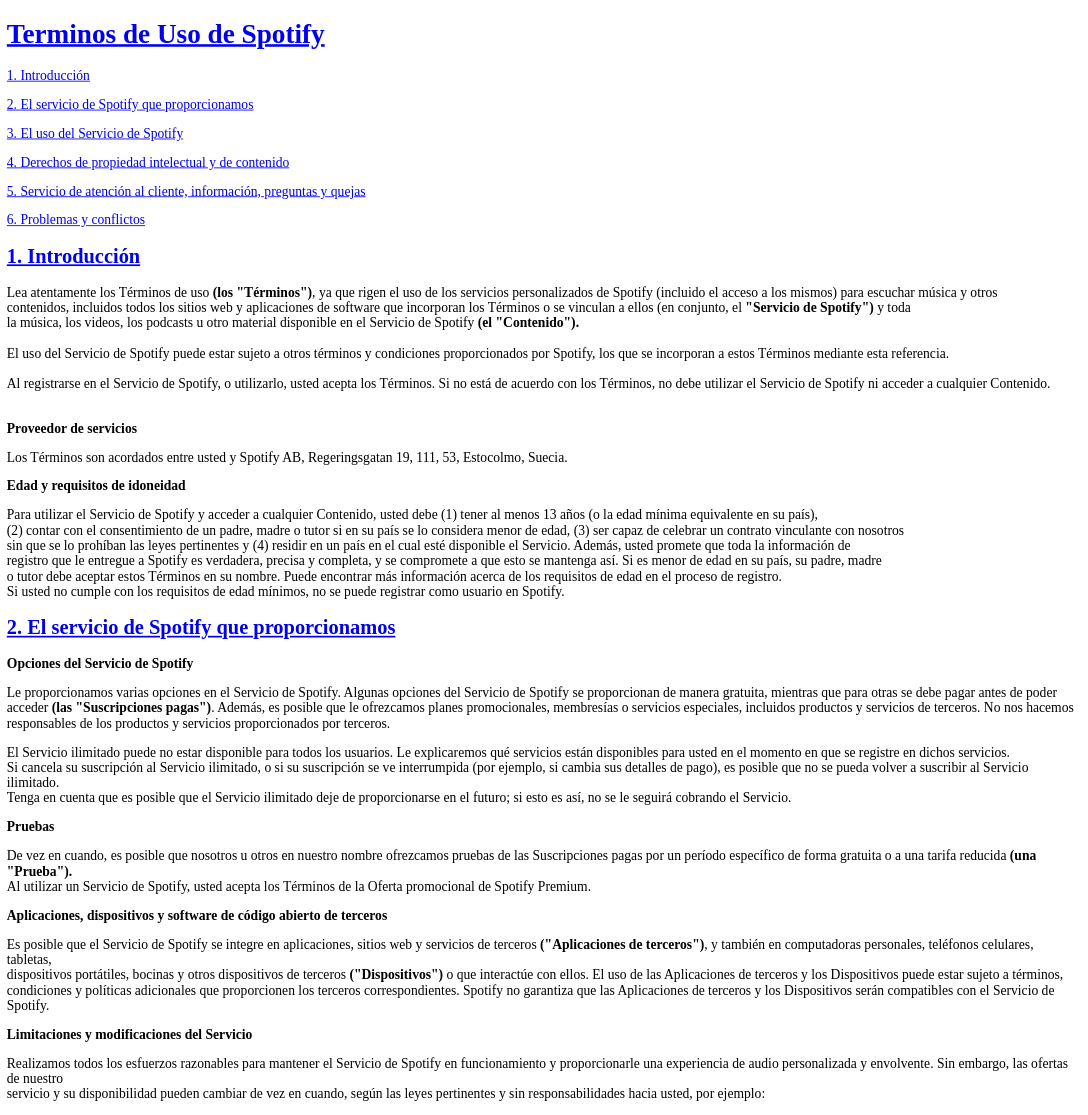
Repository: Devbenitez/Gen_30
Page: Gen_30/maquetado/Clase 2/index.html
These files come from the project's save history. The page is drawn as it stood at one moment and after the next save; the edit follows.
The browser window is 1280 px wide. The pictures show the whole page, at 85% of full size.

Above is the page before, as saved 2023-11-01 02:30:46.

### Gen_30/maquetado/Clase 2/index.html
<!DOCTYPE html>
<!-- especificamos el lenguage con el que trabaja nuestra pagina -->
<html lang="es">
  <head>
    <meta charset="UTF-8" />
    <meta name="description" content="Primera pagina del modulo de Maquetado" />
    <meta name="author" content="Daniel Benitez" />
    <title>Maquetado - clase 1</title>
  </head>
  <body>
    <!-- etiquetas contededores -->
    <!-- <div>asdasdasd</div>
    <section>dasdasdasd</section>
    <article>asdasd</article>
    <main>
-->
    <main>
      <!--  etiquetas de texto -->
      <h1>
        <a id= "Terminos de Uso de Spotify" href="#Terminos de Uso de Spotify"> Terminos de Uso de Spotify</a>
    </h1>

      <p>
        <a href="#1. Introducción">1. Introducción</a>
        </p>
      <p>
        <a href="#2. El servicio de Spotify que proporcionamos">2. El servicio de Spotify que proporcionamos</a>
        </p>
      <p>
        <a href="#3. El uso del Servicio de Spotify">3. El uso del Servicio de Spotify</a>
        </p>
      <p>
        <a href="#4. Derechos de propiedad intelectual y de contenido">4. Derechos de propiedad intelectual y de contenido</a>
        </p>
      <p>
        <a href="#5. Servicio de atención al cliente, información, preguntas y quejas">5. Servicio de atención al cliente, información, preguntas y quejas</a>
        </p>
      <p>
        <a href="#6. Problemas y conflictos">6. Problemas y conflictos</a>
        </p>

        <h2>
            <a id= "1. Introducción" href="#1. Introducción">1. Introducción</a>
        </h2>

        <!-- parrafos -->
      <p>
        Lea atentamente los Términos de uso <b>(los "Términos")</b>, ya que rigen el uso de los servicios personalizados de Spotify (incluido el acceso a los mismos) para escuchar música y otros <br />
         contenidos, incluidos todos los sitios web y aplicaciones de software que incorporan los Términos o se vinculan a ellos (en conjunto, el <b>"Servicio de Spotify")</b> y toda <br />
          la música, los videos, los podcasts u otro material disponible en el Servicio de Spotify <b>(el "Contenido").</b><br /><br />
          El uso del Servicio de Spotify puede estar sujeto a otros términos y condiciones proporcionados por Spotify, los que se incorporan a estos Términos mediante esta referencia.
          <br /><br />
          Al registrarse en el Servicio de Spotify, o utilizarlo, usted acepta los Términos. Si no está de acuerdo con los Términos, no debe utilizar el Servicio de Spotify ni acceder a cualquier Contenido.
          <br /><br />
      </p>
      <p><b>Proveedor de servicios</b></p>
      <p>Los Términos son acordados entre usted y Spotify AB, Regeringsgatan 19, 111, 53, Estocolmo, Suecia.</p>
      <p><b>Edad y requisitos de idoneidad</b></p>
      <p>
        Para utilizar el Servicio de Spotify y acceder a cualquier Contenido, usted debe (1) tener al menos 13 años (o la edad mínima equivalente en su país),<br />
        (2) contar con el consentimiento de un padre, madre o tutor si en su país se lo considera menor de edad, (3) ser capaz de celebrar un contrato vinculante con nosotros<br />
        sin que se lo prohíban las leyes pertinentes y (4) residir en un país en el cual esté disponible el Servicio. Además, usted promete que toda la información de<br />
        registro que le entregue a Spotify es verdadera, precisa y completa, y se compromete a que esto se mantenga así. Si es menor de edad en su país, su padre, madre<br />
        o tutor debe aceptar estos Términos en su nombre. Puede encontrar más información acerca de los requisitos de edad en el proceso de registro.<br />
        Si usted no cumple con los requisitos de edad mínimos, no se puede registrar como usuario en Spotify.
      </p>
      <h2>
        <a id= "2. El servicio de Spotify que proporcionamos" href="#2. El servicio de Spotify que proporcionamos">2. El servicio de Spotify que proporcionamos</a>
    </h2>
    <p><b>Opciones del Servicio de Spotify</b></p>
    <p>Le proporcionamos varias opciones en el Servicio de Spotify. Algunas opciones del Servicio de Spotify se proporcionan de manera gratuita, mientras que para otras se debe pagar antes de poder<br />
        acceder <b>(las "Suscripciones pagas")</b>. Además, es posible que le ofrezcamos planes promocionales, membresías o servicios especiales, incluidos productos y servicios de terceros. No nos hacemos responsables de los productos y servicios proporcionados por terceros.</p>

    <p>El Servicio ilimitado puede no estar disponible para todos los usuarios. Le explicaremos qué servicios están disponibles para usted en el momento en que se registre en dichos servicios.<br />
        Si cancela su suscripción al Servicio ilimitado, o si su suscripción se ve interrumpida (por ejemplo, si cambia sus detalles de pago), es posible que no se pueda volver a suscribir al Servicio ilimitado.<br />
        Tenga en cuenta que es posible que el Servicio ilimitado deje de proporcionarse en el futuro; si esto es así, no se le seguirá cobrando el Servicio.</p>
    <p><b>Pruebas</b></p>
    <p>De vez en cuando, es posible que nosotros u otros en nuestro nombre ofrezcamos pruebas de las Suscripciones pagas por un período específico de forma gratuita o a una tarifa reducida <b>(una "Prueba").</b><br />
        Al utilizar un Servicio de Spotify, usted acepta los Términos de la Oferta promocional de Spotify Premium.</p>
    <p><b>Aplicaciones, dispositivos y software de código abierto de terceros</b></p>
    <p>Es posible que el Servicio de Spotify se integre en aplicaciones, sitios web y servicios de terceros <b>("Aplicaciones de terceros")</b>, y también en computadoras personales, teléfonos celulares, tabletas,<br />
        dispositivos portátiles, bocinas y otros dispositivos de terceros <b>("Dispositivos")</b> o que interactúe con ellos. El uso de las Aplicaciones de terceros y los Dispositivos puede estar sujeto a términos,<br />
        condiciones y políticas adicionales que proporcionen los terceros correspondientes. Spotify no garantiza que las Aplicaciones de terceros y los Dispositivos serán compatibles con el Servicio de Spotify.</p>
    <p><b>Limitaciones y modificaciones del Servicio</b></p>
    <p>Realizamos todos los esfuerzos razonables para mantener el Servicio de Spotify en funcionamiento y proporcionarle una experiencia de audio personalizada y envolvente. Sin embargo, las ofertas de nuestro<br />
        servicio y su disponibilidad pueden cambiar de vez en cuando, según las leyes pertinentes y sin responsabilidades hacia usted, por ejemplo:</p>

        </main>
  </body>
</html>

### Gen_30/maquetado/Clase 2/css/styles.css
body {
    background-color: gray;
}

p {
    color:white
}

After the next save:
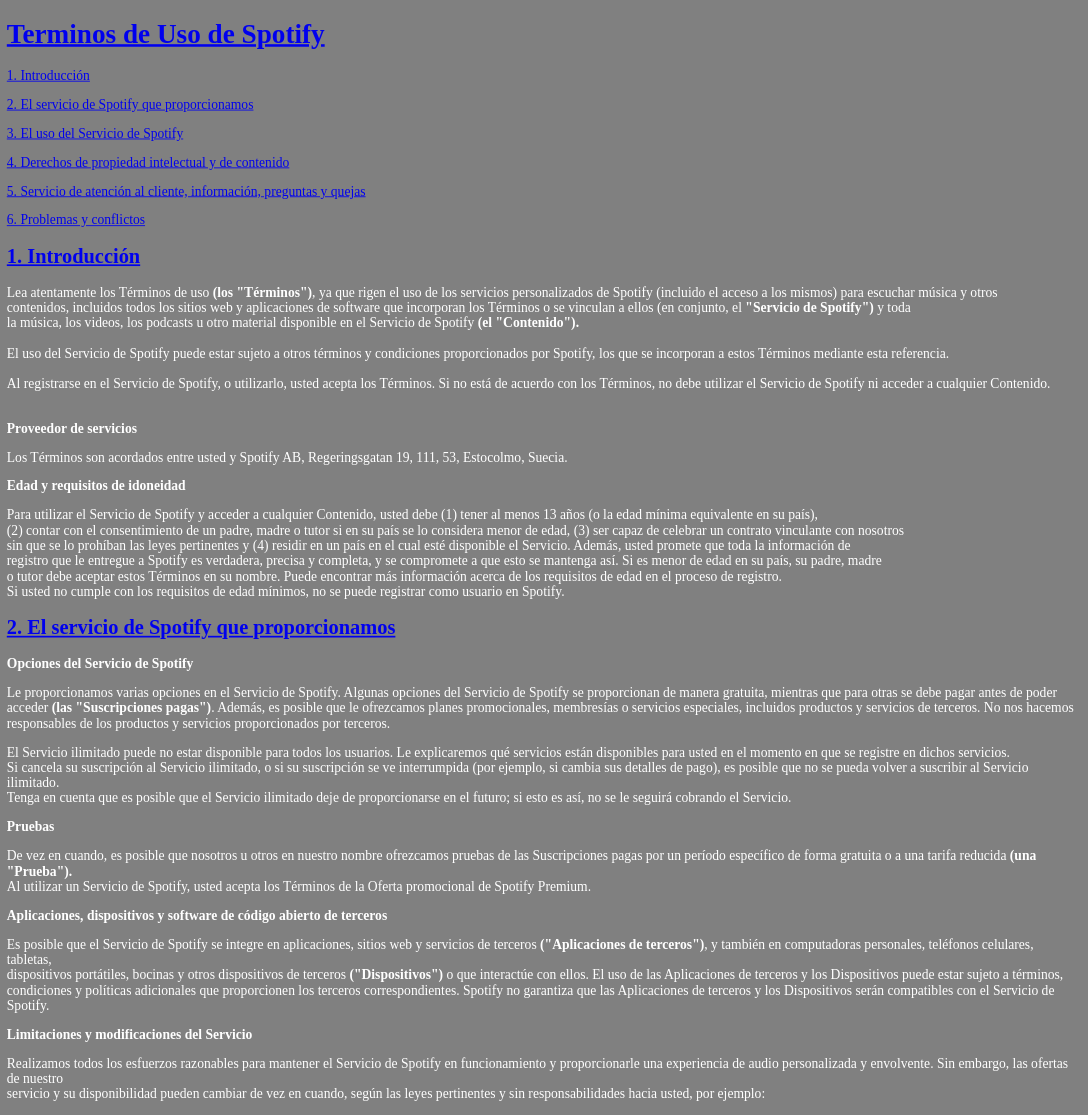
Saved 3 s later.
--- a/Gen_30/maquetado/Clase 2/index.html
+++ b/Gen_30/maquetado/Clase 2/index.html
@@ -5,9 +5,11 @@
     <meta charset="UTF-8" />
     <meta name="description" content="Primera pagina del modulo de Maquetado" />
     <meta name="author" content="Daniel Benitez" />
-    <title>Maquetado - clase 1</title>
+    <link rel="stylesheet" href="./css/styles.css" />
+    <title>Intro CSS</title>
   </head>
   <body>
+    <link rel="stylesheet" href="./css/styles.css" />
     <!-- etiquetas contededores -->
     <!-- <div>asdasdasd</div>
     <section>dasdasdasd</section>
